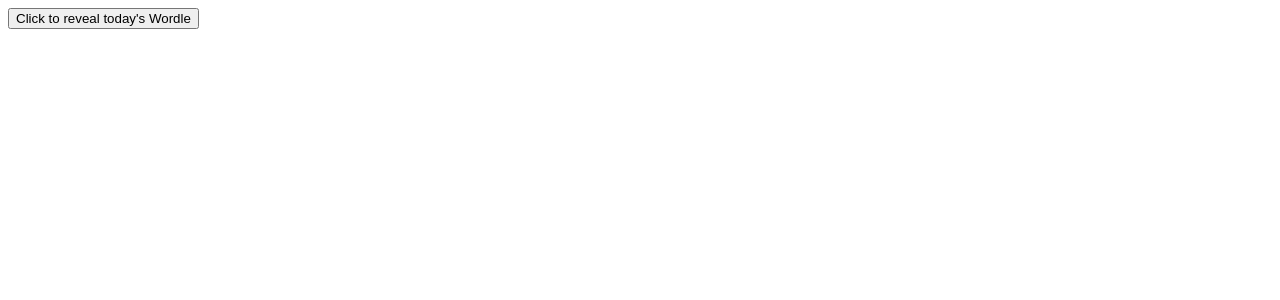
Repository: enoripl/tomorrows-wordle
Page: index.html
The author's editor kept a copy of each file at every save. The page is drawn from the files as they stood at one save, then again after the next save.
The browser window is 1280 px wide. The pictures show the whole page.

Above is the page before, as saved 2022-02-09 16:13:23.

After the next save:
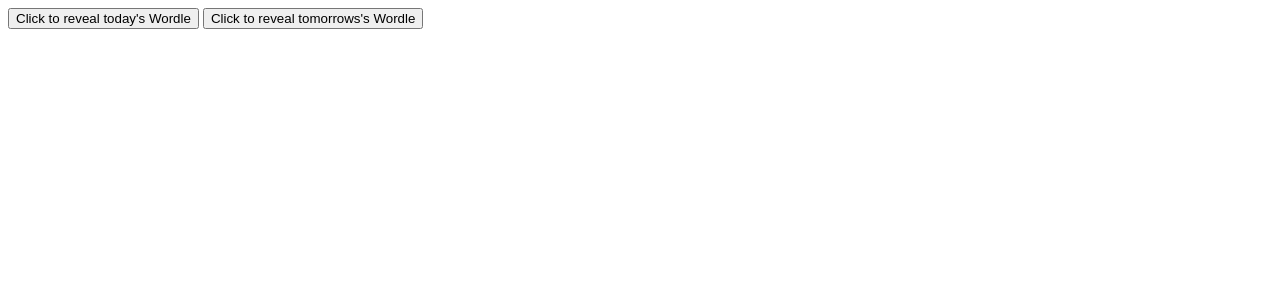
Saved 3 min 52 s later.
--- a/index.html
+++ b/index.html
@@ -10,5 +10,6 @@
   </head>
   <body>
       <button id="todays-btn">Click to reveal today's Wordle</button>
+      <button id="tomorrows-btn">Click to reveal tomorrows's Wordle</button>
   </body>
 </html>
